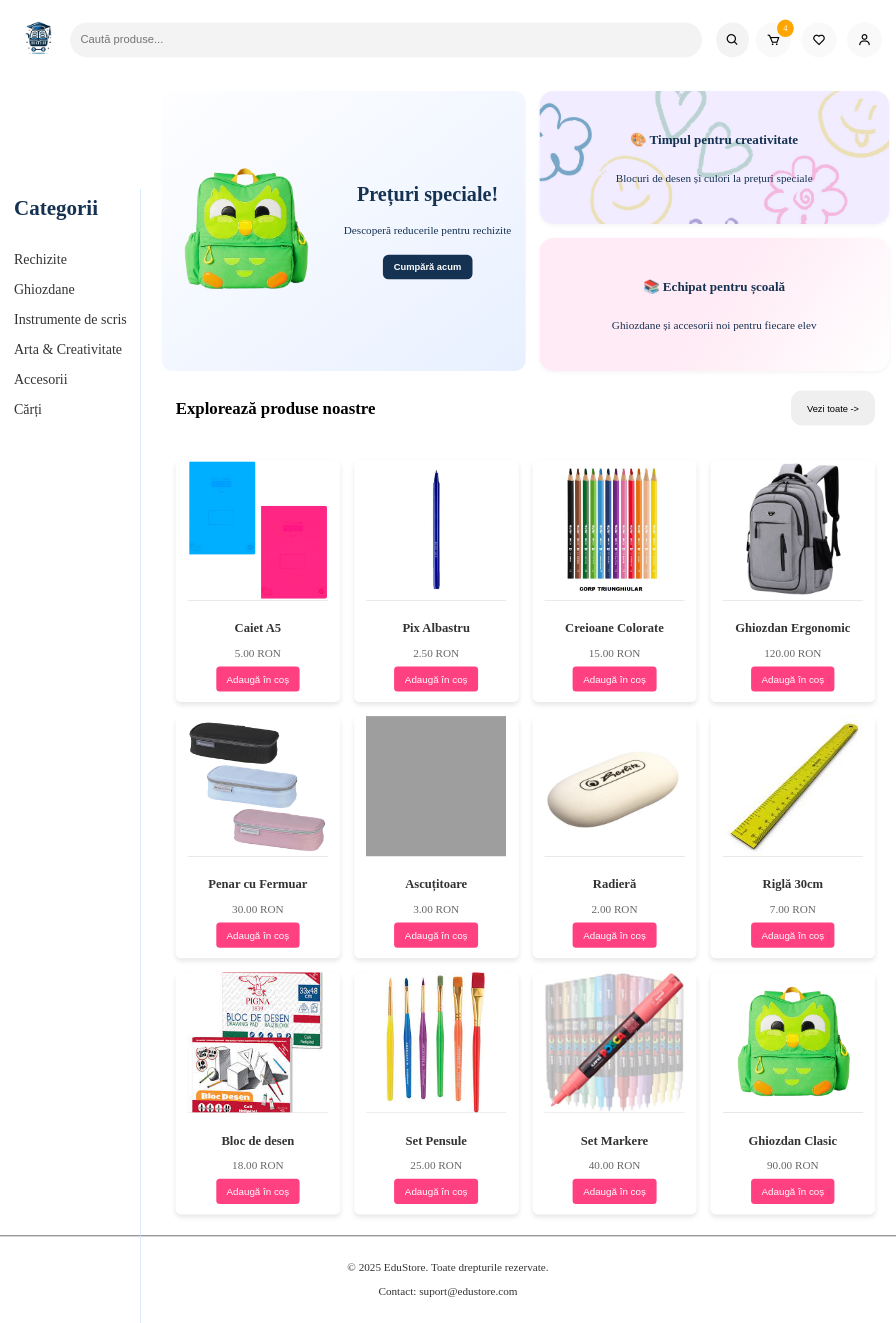
Repository: Roxana5504/WebDev-Project
Page: frontend/index.html
An editor plug-in stored every save of this project. The page is shown before and after the next save, followed by the edit.
The browser window is 1280 px wide. The pictures show the whole page, at 70% of full size.
Pictures or frames that could not be fetched are drawn as grey boxes. An inner scrolling area shows only its first screen.

Above is the page before, as saved 2025-04-23 17:43:42.

### frontend/index.html
<!DOCTYPE html>
<html lang="ro">
  <head>
    <meta charset="UTF-8" />
    <meta name="viewport" content="width=device-width, initial-scale=1.0" />
    <title>Căutare Produse</title>
    <link rel="stylesheet" href="/styles.css" />
    <link
      href="https://cdn.jsdelivr.net/npm/boxicons@2.1.4/css/boxicons.min.css"
      rel="stylesheet"
    />
  </head>

  <body>
    <header class="container-header">
      <div class="logo">
        <img src="/backend/images/logoDWS.png" alt="EduStore" />
      </div>

      <div class="search-bar">
        <button class="sidebar-toggle" id="sidebar-toggle">
          <i class="bx bx-menu"></i>
        </button>
        <input type="text" id="search-input" placeholder="Caută produse..." />
        <button class="search-btn" id="search-btn">
          <i class="bx bx-search"></i>
        </button>
      </div>

      <div class="header-icons">
        <div class="header-icon">
          <span class="cart-items">4</span>
          <i class="bx bx-cart"></i>
        </div>
        <div class="header-icon">
          <i class="bx bx-heart"></i>
        </div>
        <div class="header-icon profile">
          <i class="bx bx-user"></i>
        </div>
      </div>
    </header>

    <div class="main-content">
      <aside class="sidebar">
        <div>
          <h2>Categorii</h2>
          <ul>
            <li>Rechizite</li>
            <li>Ghiozdane</li>
            <li>Instrumente de scris</li>
            <li>Arta & Creativitate</li>
            <li>Accesorii</li>
            <li>Cărți</li>
          </ul>
        </div>
      </aside>

      <div class="container">
        <section class="banner">
          <div class="banner-left">
            <div class="banner-left-content">
              <div class="img-cont">
                <img src="/backend/images/gh.jpg" alt="Oferta specială" />
              </div>

              <div class="banner-text">
                <h2>Prețuri speciale!</h2>
                <p>Descoperă reducerile pentru rechizite</p>
                <button class="buy-now-btn" id="buy-now-btn">
                  Cumpără acum
                </button>
              </div>
            </div>
          </div>

          <div class="banner-right">
            <div class="banner-right-up">
              <h3>🎨 Timpul pentru creativitate</h3>
              <p>Blocuri de desen și culori la prețuri speciale</p>
            </div>
            <div class="banner-right-down">
              <h3>📚 Echipat pentru școală</h3>
              <p>Ghiozdane și accesorii noi pentru fiecare elev</p>
            </div>
          </div>
        </section>

        <section class="products">
          <div class="products-explore-line">
            <h2>Explorează produse noastre</h2>
            <button class="all-products-button">Vezi toate -></button>
          </div>
          <div id="product-list" class="product-list"></div>
        </section>
      </div>
    </div>
    <footer>
      <p>&copy; 2025 EduStore. Toate drepturile rezervate.</p>
      <p>Contact: suport@edustore.com</p>
    </footer>
    <script src="script.js"></script>
  </body>
</html>

### frontend/styles.css
/*CSS Roxana*/
html,
body {
  height: auto; /* nu mai forțăm 100% */
  min-height: 100%;
  margin: 0;
  padding-top: 60px;
  overflow-x: hidden;
}

.modal-overlay {
  position: fixed;
  top: 0;
  left: 0;
  right: 0;
  bottom: 0;
  background: rgba(0, 0, 0, 0.6);
  display: flex;
  align-items: center;
  justify-content: center;
  padding: 20px;
  z-index: 9999;
  overflow-y: auto;
  box-sizing: border-box;
}

.modal-content {
  display: flex;
  flex-direction: column;
  background: white;
  padding: 20px;
  border-radius: 10px;
  max-width: 800px;
  width: 100%;
  max-height: 90vh;
  overflow-y: auto;
  position: relative;
  box-sizing: border-box;
  align-items: center;
}

.modal-buttons {
  align-items: center;
  display: flex;
  gap: 10px;
  margin-top: 20px;
}

.modal-content button {
  background-color: black;
  color: white;
  font-weight: bold;
  border: none;
  padding: 12px 16px;
  border-radius: 5px;
}

.close-btn {
  position: absolute;
  top: 10px;
  right: 15px;
  font-size: 24px;
  cursor: pointer;
  color: red;
}

.modal-products {
  display: flex;
  flex-wrap: wrap;
  gap: 20px;
}

.modal-product-card {
  width: 200px;
  border: 1px solid #eee;
  border-radius: 10px;
  padding: 10px;
  text-align: center;
}

.modal-product-card img {
  max-width: 100%;
  height: auto;
  border-radius: 5px;
}

.container-header {
  position: fixed;
  top: 0px;
  background-color: white;
  z-index: 98;
  padding: 20px;
  display: flex;
  align-items: center;
  justify-content: space-between;
  width: 100%;
  box-sizing: border-box;
  flex-wrap: wrap;
  gap: 10px;
}

.logo img {
  height: 70px;
  cursor: pointer;
}

.search-bar {
  flex: 1;
  gap: 20px;
  display: flex;
  align-items: center;
  position: relative;
  max-width: 1000px;
}

.search-btn {
  width: 50px;
  height: 50px;
  border-radius: 100%;
  border: none;
  background-color: #f3f3f3;
  display: flex;
  justify-content: center;
  align-items: center;
  cursor: pointer;
  font-size: 20px;
}

.search-bar input {
  min-width: 200px;
  width: 100%;
  height: 50px;
  padding: 10px 15px;
  border-radius: 50px;
  border: none;
  background-color: #f3f3f3;
  font-size: 16px;
  outline: none;
  box-sizing: border-box;
}

.header-icons {
  display: flex;
  align-items: center;
  gap: 15px;
}

.header-icon {
  position: relative;
  width: 50px;
  height: 50px;
  background-color: #f9f9f9;
  border-radius: 50%;
  display: flex;
  justify-content: center;
  align-items: center;
  cursor: pointer;
}

.header-icon i {
  font-size: 20px;
  color: black;
}

.cart-items {
  position: absolute;
  top: -4px;
  right: -4px;
  background-color: orange;
  color: white;
  font-size: 12px;
  border-radius: 100%;
  padding: 5px 9px;
}

.main-content {
  display: flex;
  width: 100%;
  box-sizing: border-box;
}

.container {
  flex: 1;
  width: 100%;
  margin: 0px auto;
  display: flex;
  flex-direction: column;
  padding: 10px;
  max-width: 1200px;
  box-sizing: border-box;
  justify-content: flex-start;
}

.sidebar {
  position: relative;
  top: 150px;
  height: auto;
  width: 200px;
  padding-right: 0px;
  margin-right: 20px;
  border-right: 1px solid rgb(203, 227, 255);
}

.sidebar div {
  position: sticky;
  top: 0px;
  background-color: white;
  z-index: 99;
}

.sidebar h2 {
  padding: 10px 0 10px 20px;
  font-size: 30px;
  font-weight: bold;
  margin-top: 0px;
  color: rgb(22, 50, 82);
}

.sidebar ul {
  list-style: none;
  padding: 0;
  margin: 0;
  margin-left: 20px;
}

.sidebar ul li {
  padding: 10px 0;
  font-size: 20px;
  color: #333;
  cursor: pointer;
  transition: color 0.3s ease;
}

.sidebar ul li:hover {
  color: #0d4e5a;
}

.sidebar-toggle {
  background: none;
  border: none;
  font-size: 25px;
  cursor: pointer;
  display: none;
}

.banner {
  display: flex;
  flex-wrap: wrap;
  gap: 20px;
  width: 100%;
  box-sizing: border-box;
}

.banner-left {
  box-sizing: border-box;
  background: linear-gradient(to bottom right, #fefeff, #e8f0ff);
  border-radius: 16px;
  padding: 10px;
  position: relative;
  display: flex;
  align-items: center;
  flex: 1;
}

.banner-left-content {
  display: flex;
  gap: 20px;
  align-items: center;
  flex-wrap: wrap;
  width: 100%;
  justify-content: center;
  text-align: center;
}

.banner-left-content img {
  width: 100%;
  max-width: 220px;
  height: auto;
  border-radius: 10px;
  object-fit: cover;
}

.banner-text {
  flex: 1;
  display: flex;
  flex-direction: column;
  gap: 10px;
}

.banner-text h2 {
  font-size: 1.8rem;
  color: rgb(22, 50, 82);
  margin: 0;
}

.banner-text p {
  font-size: 1rem;
  color: rgb(22, 50, 82);
}

.buy-now-btn {
  background-color: rgb(22, 50, 82);
  max-width: 200px;
  color: white;
  border: none;
  padding: 10px 16px;
  border-radius: 8px;
  font-weight: bold;
  cursor: pointer;
  align-self: center;
}

.banner-right {
  flex: 1;
  display: flex;
  flex-direction: column;
  justify-content: space-between;
  gap: 20px;
  min-width: 300px;
}

.banner-right-up,
.banner-right-down {
  border-radius: 20px;
  padding: 20px;
  text-align: center;
  min-height: 150px;
  display: flex;
  flex-direction: column;
  justify-content: center;
  box-shadow: 0 2px 6px rgba(0, 0, 0, 0.05);
}

.banner-right-up {
  background: url("/backend/images/bkgdsw.jpg");
  background-size: cover;
  color: rgb(22, 50, 82);
  flex: 1;
}

.banner-right-down {
  background: #ffebf5;
  background: linear-gradient(
    124deg,
    rgba(255, 235, 245, 1) 50%,
    rgba(255, 255, 255, 1) 100%
  );
  color: rgb(22, 50, 82);
  flex: 1;
}

footer {
  text-align: center;
  padding: 20px;
  border-top: 1px solid #333;
  color: #333;
  background-color: white;
}

.products-explore-line {
  display: flex;
  justify-content: space-between;
  width: 100%;
  box-sizing: border-box;
  align-items: center;
  padding: 20px;
}

.all-products-button {
  border: none;
  border-radius: 16px;
  padding: 0px 10px;
  width: 120px;
  height: 50px;
  cursor: pointer;
}

@media (max-width: 768px) {
  .search-bar {
    gap: 10px;
    width: 100%;
    margin: 0px;
    order: 1;
    display: flex;
    justify-content: center;
  }

  .search-bar input {
    flex: 1;
    margin: 0 10px;
  }

  .banner {
    flex-direction: column;
  }

  .banner-left {
    width: 100%;
    flex: none;
  }

  .banner-right {
    flex-direction: row;
    flex-wrap: wrap;
    width: 100%;
    gap: 20px;
  }

  .banner-right-up,
  .banner-right-down {
    flex: 1 1 48%;
    min-width: 48%;
    padding: 15px;
  }
}

@media (max-width: 600px) {
  .modal-products {
    flex-direction: column;
    align-items: center;
  }

  .modal-product-card {
    width: 100%;
    max-width: 300px;
  }
  .sidebar {
    position: fixed;
    z-index: 99;
    transform: translateX(-100%);
    display: none;
    border: none;
  }

  .sidebar-toggle {
    display: block;
  }

  .sidebar.open {
    transform: translateX(0);
    display: block;
  }

  .sidebar h2 {
    font-size: 22px;
  }

  .sidebar ul li {
    font-size: 16px;
  }
}

/*Sfarsit CSS Roxana*/

.product-list {
  display: grid;
  grid-template-columns: repeat(auto-fit, minmax(220px, 1fr));
  gap: 20px;
  padding: 20px;
}

.product-card {
  background: white;
  border-radius: 8px;
  box-shadow: 0px 4px 8px rgba(0, 0, 0, 0.1);
  overflow: hidden;
  text-align: center;
  transition: transform 0.2s ease-in-out;
}

.product-card:hover {
  transform: scale(1.05);
}

.product-card img {
  width: 100%;
  height: 200px;
  object-fit: cover;
  border-bottom: 1px solid #ddd;
}

.product-card .product-info {
  padding: 15px;
}

.product-card h3 {
  font-size: 18px;
  margin: 10px 0;
  color: #333;
}

.product-card p {
  font-size: 16px;
  color: #666;
  margin-bottom: 10px;
}

.product-card button {
  background: #ff4081;
  color: white;
  border: none;
  padding: 10px 15px;
  border-radius: 5px;
  cursor: pointer;
  font-size: 14px;
  transition: background 0.3s;
}

.product-card button:hover {
  background: #e6006e;
}

@media (max-width: 768px) {
  .product-list {
    grid-template-columns: repeat(auto-fit, minmax(180px, 1fr));
  }
}

### frontend/script.js
//Roxana
document.addEventListener("DOMContentLoaded", function () {
  const categoryItems = document.querySelectorAll("aside li")
  const productList = document.getElementById("product-list")
  let products = []

  fetch("/products.json")
    .then((response) => {
      if (!response.ok) {
        throw new Error("Eroare la încărcarea fișierului products.json")
      }
      return response.json()
    })
    .then((data) => {
      products = data.products.map((product) => {
        const name = product.name.toLowerCase()
        let category = "altele"

        if (name.includes("ghiozdan")) category = "ghiozdane"
        else if (
          name.includes("pix") ||
          name.includes("creion") ||
          name.includes("marker") ||
          name.includes("pensul")
        )
          category = "arta-creativitate"
        else if (
          name.includes("radier") ||
          name.includes("ascuțitoare") ||
          name.includes("rigl")
        )
          category = "accesorii"
        else if (
          name.includes("caiet") ||
          name.includes("penar") ||
          name.includes("bloc")
        )
          category = "rechizite"

        return { ...product, category }
      })

      renderProducts()
    })
    .catch((error) => {
      console.error("Eroare la încărcare produse:", error)
    })

  function renderProducts() {
    productList.innerHTML = ""
    products.forEach((product) => {
      const productCard = document.createElement("div")
      productCard.classList.add("product-card")
      productCard.setAttribute("data-category", product.category)
      productCard.innerHTML = `
        <img src="${product.image}" alt="${
        product.name
      }" style="width: 200px; height: 200px; object-fit: cover;">
        <div class="product-info">
          <h3>${product.name}</h3>
          <p>${product.price.toFixed(2)} RON</p>
          <button>Adaugă în coș</button>
        </div>
      `
      productList.appendChild(productCard)
    })
  }

  categoryItems.forEach((item) => {
    item.addEventListener("click", function () {
      const category = this.textContent
        .trim()
        .toLowerCase()
        .replace(/\s+/g, "-")
      const productCards = document.querySelectorAll(".product-card")

      productCards.forEach((product) => {
        if (
          product.getAttribute("data-category") === category ||
          category === "toate"
        ) {
          product.style.display = "flex"
        } else {
          product.style.display = "none"
        }
      })
    })
  })
})

document.getElementById("search-btn").addEventListener("click", () => {
  const query = document.getElementById("search-input").value.trim()

  fetch(`/products/${query}`)
    .then((res) => {
      if (!res.ok) throw new Error("Server error: " + res.status)
      return res.json()
    })
    .then((data) => {
      if (data.length > 0) {
        showModalWithProducts(data)
      } else {
        showNoProductFoundModal(query)
      }
    })
    .catch((err) => {
      console.error("Eroare:", err)
    })
})

document.getElementById("buy-now-btn").addEventListener("click", () => {
  const query = "Ghiozdan Clasic"
  fetch(`/products/${query}`)
    .then((res) => {
      if (!res.ok) throw new Error("Server error: " + res.status)
      return res.json()
    })
    .then((data) => {
      if (data.length > 0) {
        showModalWithProducts(data)
      } else {
        showNoProductFoundModal(query)
      }
    })
    .catch((err) => {
      console.error("Eroare:", err)
    })
})

function showModalWithProducts(products) {
  let modalHTML = `
      <div id="product-modal" class="modal-overlay">
        <div class="modal-content">
          <span class="close-btn" onclick="closeModal()">&times;</span>
          <h2>Rezultate Căutare</h2>
          <div class="modal-products">
    `

  products.forEach((product) => {
    modalHTML += `
        <div class="modal-product-card">
          <img src="${product.image}" alt="${product.name}" />
          <h3>${product.name}</h3>
          <p>Preț: ${product.price} lei</p>
          <p>Cantitate: ${product.quantity ?? "Nespecificat"}</p>
        </div>
      `
  })

  modalHTML += `
          </div>
        </div>
      </div>
    `

  document.body.insertAdjacentHTML("beforeend", modalHTML)
}

function showNoProductFoundModal(query) {
  const modalHTML = `
      <div id="product-modal" class="modal-overlay">
        <div class="modal-content">
          <span class="close-btn" onclick="closeModal()">&times;</span>
          <h2>Produs negăsit</h2>
          <p>Nu am găsit produsul <strong>"${query}"</strong>.</p>
          <p>Dorești să îl adaugi în magazin?</p>
          <div class="modal-buttons">
          <button onclick="openAddProductForm('${query}')">Adaugă produs</button>
          <button onclick="closeModal()">Încearcă din nou</button></div>
        </div>
      </div>
    `
  document.body.insertAdjacentHTML("beforeend", modalHTML)
}

function closeModal() {
  const modal = document.getElementById("product-modal")
  if (modal) modal.remove()
}

const sidebarToggle = document.getElementById("sidebar-toggle")
const sidebar = document.querySelector(".sidebar")

sidebarToggle.addEventListener("click", () => {
  sidebar.classList.toggle("open")
})
//Sfarsit cod Roxana

### backend/products.json
{
  "products": [
    { "name": "Caiet A5", "price": 5.0, "image": "/backend/images/caiet.jpg" },
    {
      "name": "Pix Albastru",
      "price": 2.5,
      "image": "/backend/images/pix.jpg",
      "quantity": 20
    },
    {
      "name": "Creioane Colorate",
      "price": 15.0,
      "image": "/backend/images/creioane.jpg",
      "quantity": 20
    },
    {
      "name": "Ghiozdan Ergonomic",
      "price": 120.0,
      "image": "/backend/images/ghiozdan.jpg",
      "quantity": 20
    },
    {
      "name": "Penar cu Fermuar",
      "price": 30.0,
      "image": "/backend/images/penar.jpg",
      "quantity": 20
    },
    {
      "name": "Ascuțitoare",
      "price": 3.0,
      "image": "/backend/images/ascutitoare.jpg",
      "quantity": 20
    },

    {
      "name": "Radieră",
      "price": 2.0,
      "image": "/backend/images/radiera.jpg",
      "quantity": 20
    },
    {
      "name": "Riglă 30cm",
      "price": 7.0,
      "image": "/backend/images/rigla.jpg",
      "quantity": 20
    },
    {
      "name": "Bloc de desen",
      "price": 18.0,
      "image": "/backend/images/blocdesen.jpg",
      "quantity": 20
    },
    {
      "name": "Set Pensule",
      "price": 25.0,
      "image": "/backend/images/pensule.jpg",
      "quantity": 20
    },
    {
      "name": "Set Markere",
      "price": 40.0,
      "image": "/backend/images/markere.jpg",
      "quantity": 20
    },
    {
      "name": "Ghiozdan Clasic",
      "price": 90.0,
      "image": "/backend/images/gh.jpg",
      "quantity": 20
    }
  ]
}

After the next save:
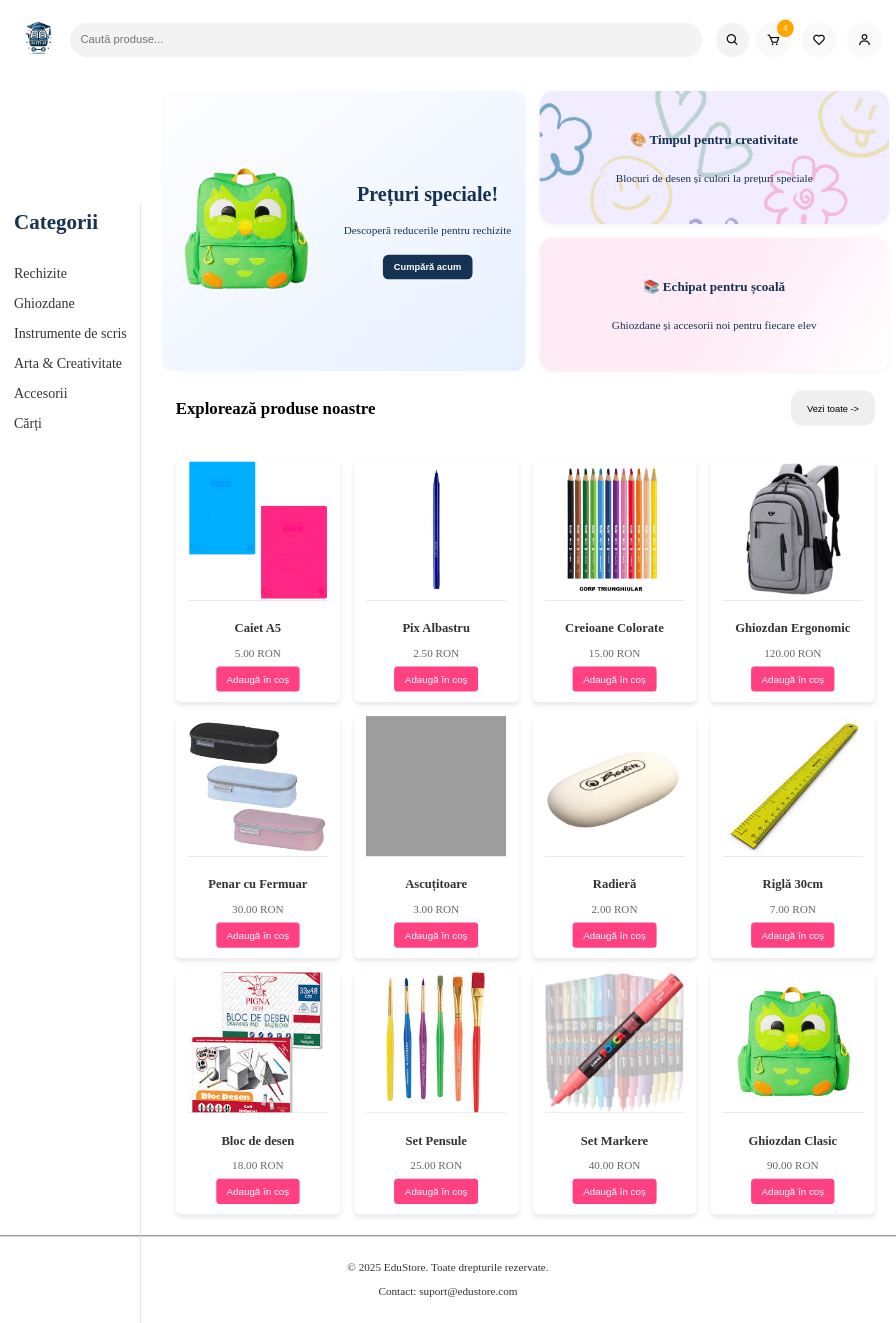
Saved 7 s later.
--- a/frontend/styles.css
+++ b/frontend/styles.css
@@ -193,7 +193,7 @@ body {
 
 .sidebar {
   position: relative;
-  top: 150px;
+  top: 170px;
   height: auto;
   width: 200px;
   padding-right: 0px;
